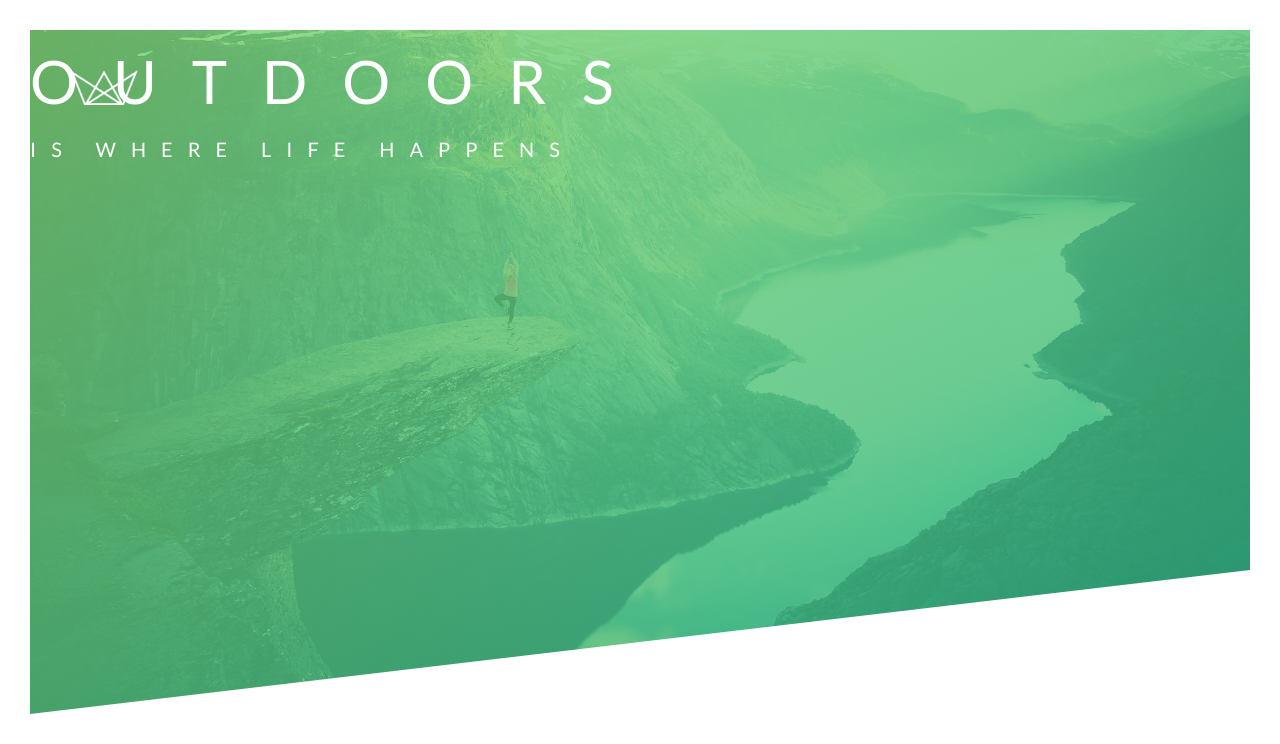
Repository: kamilluc/advanced-css-course
Page: Natours/my-implementation/index.html
These files come from the project's save history. The page is drawn as it stood at one moment and after the next save; the edit follows.
The browser window is 1280 px wide. The pictures show the whole page.

Above is the page before, as saved 2019-05-24 21:19:50.

After the next save:
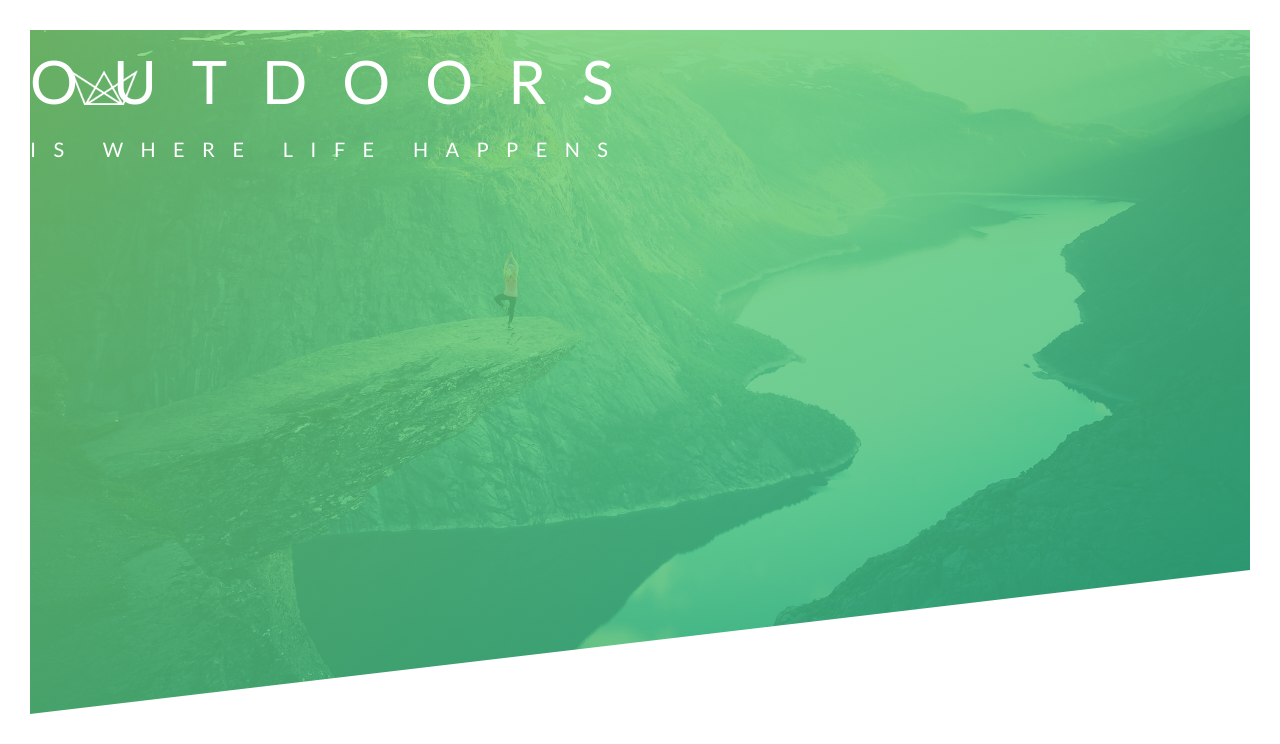
Saved 42 s later.
--- a/Natours/my-implementation/css/style.css
+++ b/Natours/my-implementation/css/style.css
@@ -66,5 +66,5 @@ body {
   display: block;
   font-size: 20px;
   font-weight: 400;
-  letter-spacing: 15px;
+  letter-spacing: 17.4px;
 }
